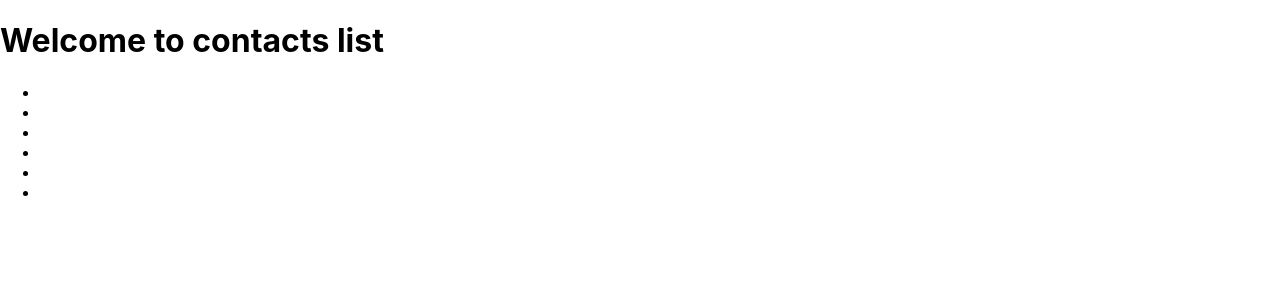
Repository: emorilebo/next-linkedin-training
Page: /contact
An editor plug-in stored every save of this project. The page is shown before and after a run of saves, followed by the edit.
The browser window is 1280 px wide. The pictures show the whole page.
The project was rebuilt for these pictures with package versions that can differ from the ones it lists, and the page was loaded fresh each time. The framework's server and built-in components were replaced by stand-ins that run in the browser. Also part of the build but not shown: next.config.js.

Above is the page before, as saved 2022-12-26 08:00:51.

### pages/contact/index.js
import Link from "next/link";
import React from "react";
import contacts from "../api/contacts";

export default function ContactsList() {
  return (
    <div>
      <h1>Welcome to contacts list</h1>
      <ul>
        {contacts.map((contact) => (
          <li>
            <Link>
                <a href=""></a>
            </Link>
          </li>
        ))}
      </ul>
    </div>
  );
}

### pages/api/contacts.js
export default [
    {
        id: 'alfreds-futterkiste',
        name:'Alfreds Futterkiste',
        country: 'Germany'
    },
    {
        id: 'francisco-chang',
        name:'Francisco Chang',
        country: 'Mexico'
    },
    {
        id: 'ernst-handel',
        name:'Ernst Handel',
        country: 'Austria'
    },
    {
        id: 'helen-bennett',
        name:'Helen Bennett',
        country: 'UK'
    },
    {
        id: 'yoshi-tannamuri',
        name:'Yoshi Tannamuri',
        country: 'Canada'
    },
    {
        id: 'giovanni-rovelli',
        name:'Giovanni Rovelli',
        country: 'Italy'
    }
]

Loaded but not shown: pages/_app.js (common file); styles/globals.css (common file)

After the next 4 saves:
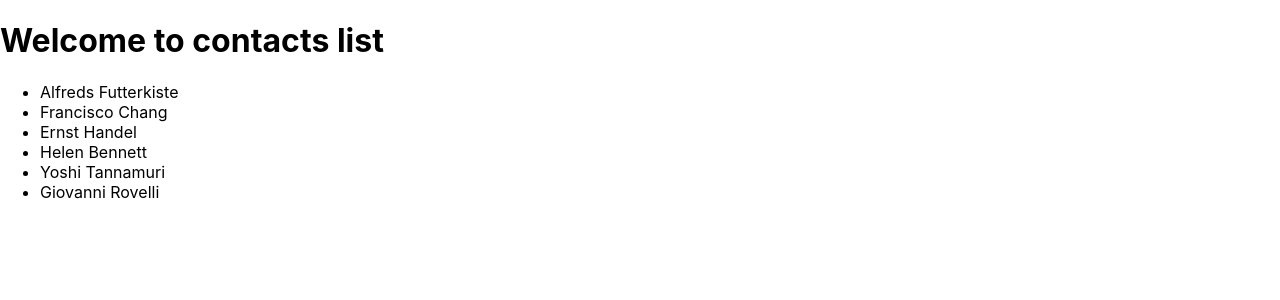
The 4 saves are shown as one change because they came seconds apart.
The last was saved 8 s later.
--- a/pages/contact/index.js
+++ b/pages/contact/index.js
@@ -10,7 +10,7 @@ export default function ContactsList() {
         {contacts.map((contact) => (
           <li>
             <Link>
-                <a href=""></a>
+                <a>{contact.name}</a>
             </Link>
           </li>
         ))}
